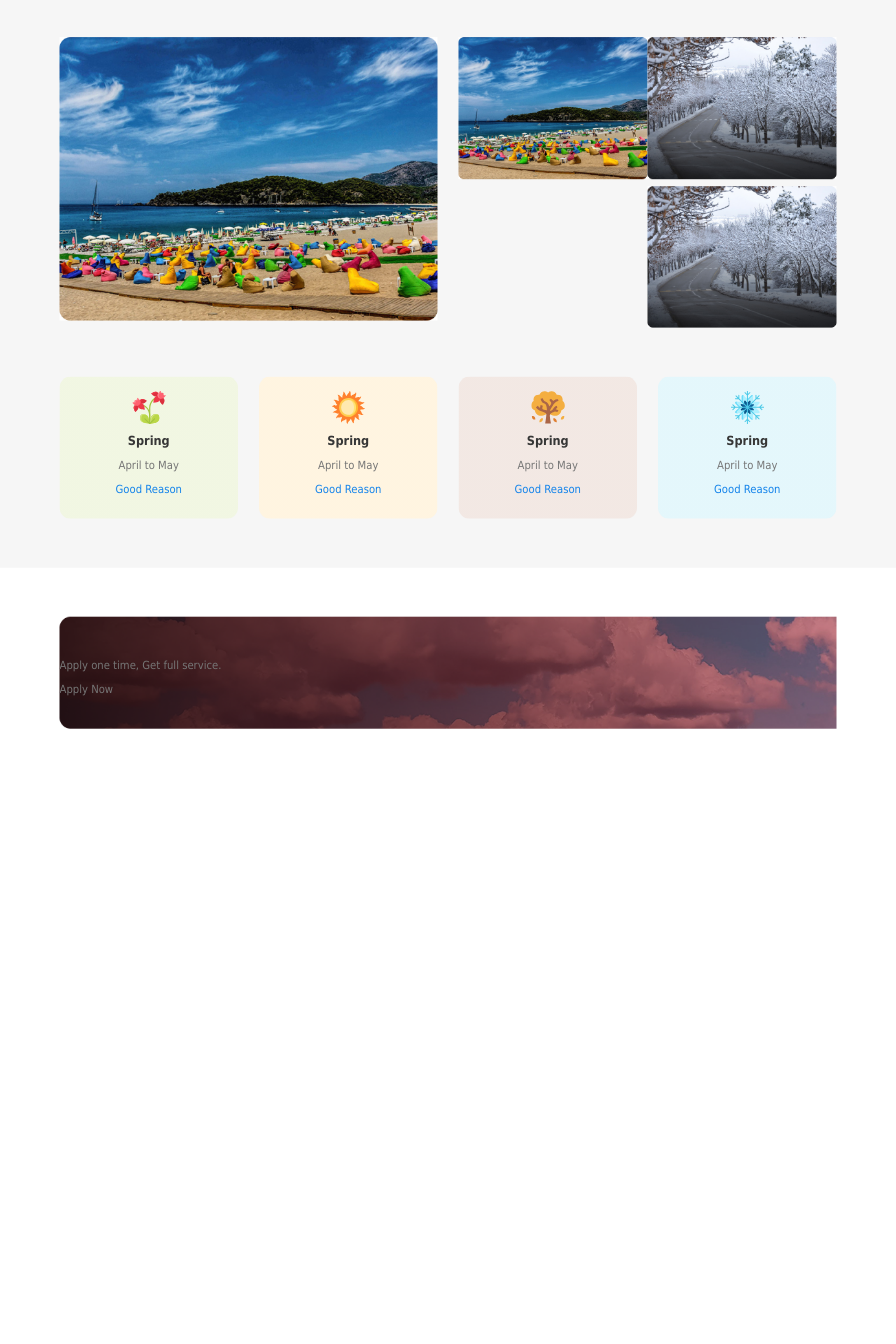
Repository: cvminhquan/turkey
Page: index.html
An editor plug-in stored every save of this project. The page is shown before and after the next save, followed by the edit.
The browser window is 1280 px wide. The pictures show the part of the page from y = 3000 to 4920 px (the page is 30000 px tall), at 70% of full size.
The style sheet was rebuilt from its Sass, Less or Tailwind sources for each picture, by a compiler version that may differ from the author's.

Above is the page before, as saved 2022-09-15 22:48:07.

After the next save:
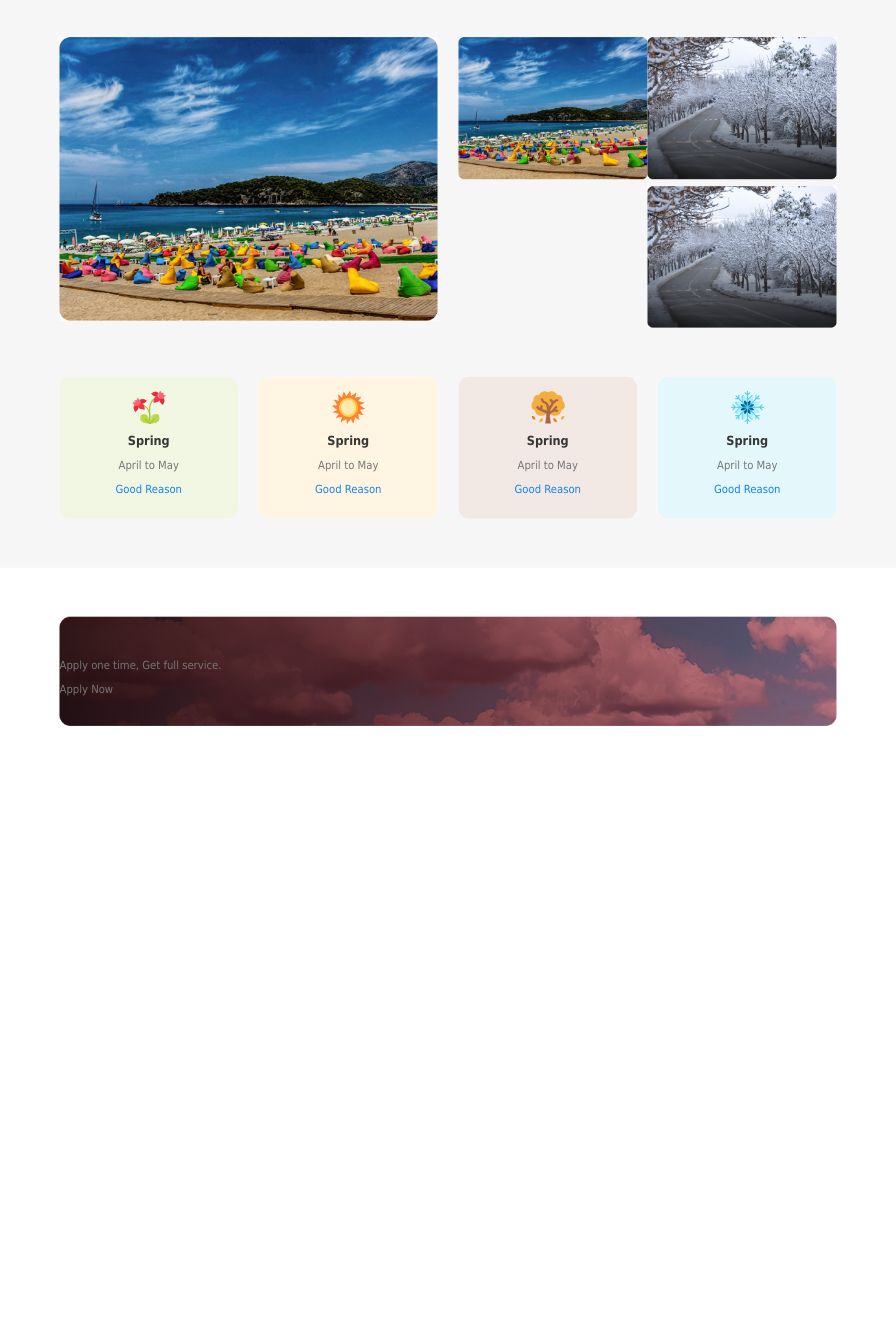
Saved 23 s later.
--- a/scss/main.scss
+++ b/scss/main.scss
@@ -214,9 +214,9 @@ header {}
 
 //section whychooseus
 .ad-infor {
-    background-size: 100%;
     margin-top: 70px;
     padding: 58px 0;
     background: url(../images/img-ad.png) no-repeat;
+    background-size: 100%;
     object-fit: cover;
 }
